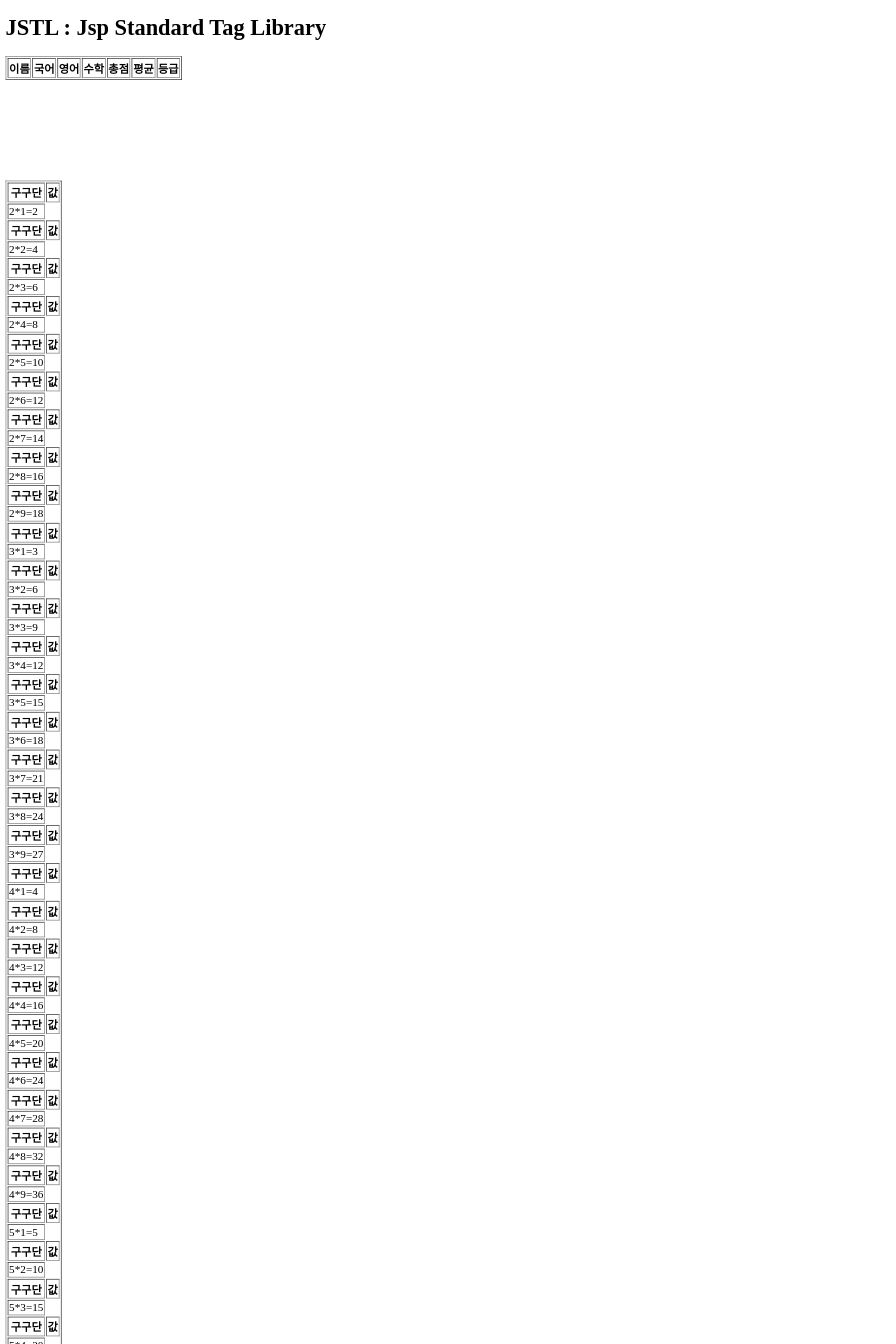
Repository: charamee/Web_kh
Page: http://localhost/Jsp07_EL_JSTL/jstltest.jsp
The author's editor kept a copy of each file at every save. The page is drawn from the files as they stood at one save, then again after the next save.
The browser window is 1280 px wide. The pictures show the part of the page from y = 0 to 1920 px (the page is 4158 px tall before and 6318 px after), at 70% of full size.
The page is served by Tomcat 9. The template is opened directly, without the code that normally fills it, so the values that code supplies are empty.

Above is the page before, as saved 2021-02-24 15:26:37.

After the next save:
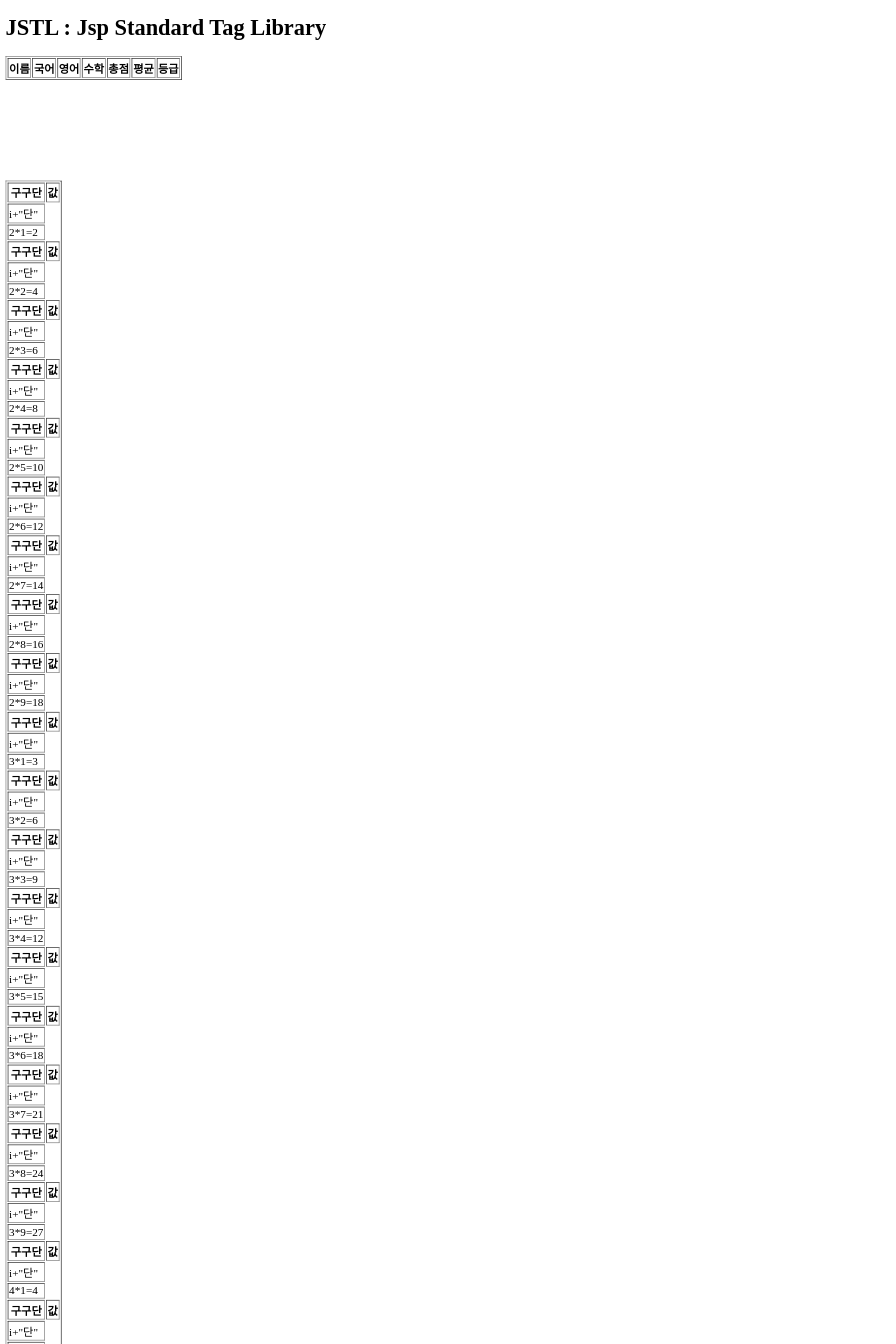
Saved 2 min 4 s later.
--- a/Workspace_WEB/Jsp07_EL_JSTL/WebContent/jstltest.jsp
+++ b/Workspace_WEB/Jsp07_EL_JSTL/WebContent/jstltest.jsp
@@ -96,6 +96,9 @@
 		 	<th>구구단</th>
 		 	<th>값</th>
 		 </tr>
+		 <tr>
+		 	<td>i+"단"</td>
+		 </tr>
 
 		 <tr>
 		 <td>${i}*${j}=${i*j }<br></td>
